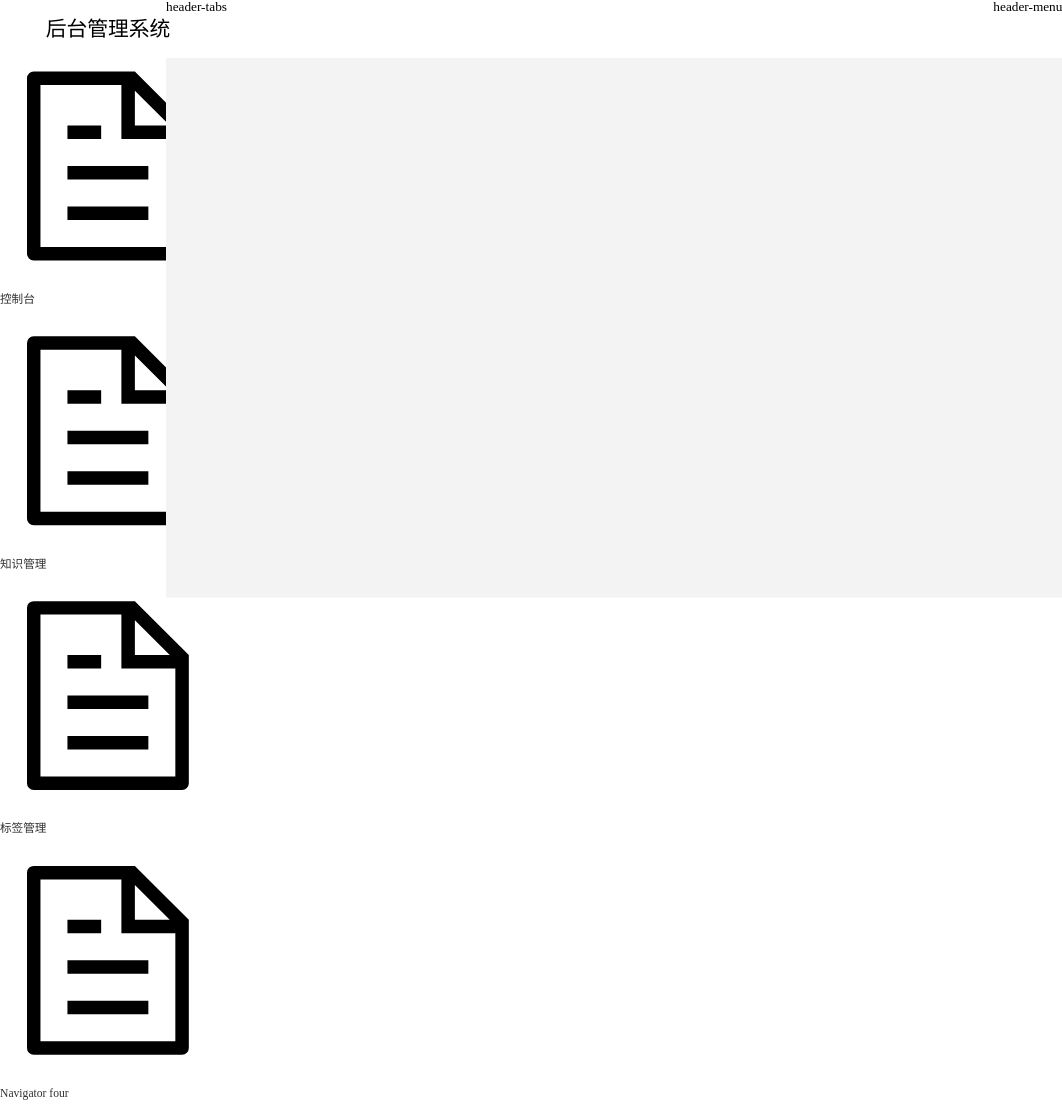
Repository: serrrN/admin
Page: /
The author's editor kept a copy of each file at every save. The page is drawn from the files as they stood at one save, then again after the next save.
The browser window is 1280 px wide. The pictures show the whole page, at 83% of full size.
The project was rebuilt for these pictures with package versions that can differ from the ones it lists, and the page was loaded fresh each time. Also part of the build but not shown: vite.config.ts, src/styles/index.scss.

Above is the page before, as saved 2024-06-02 15:42:19.

After the next save:
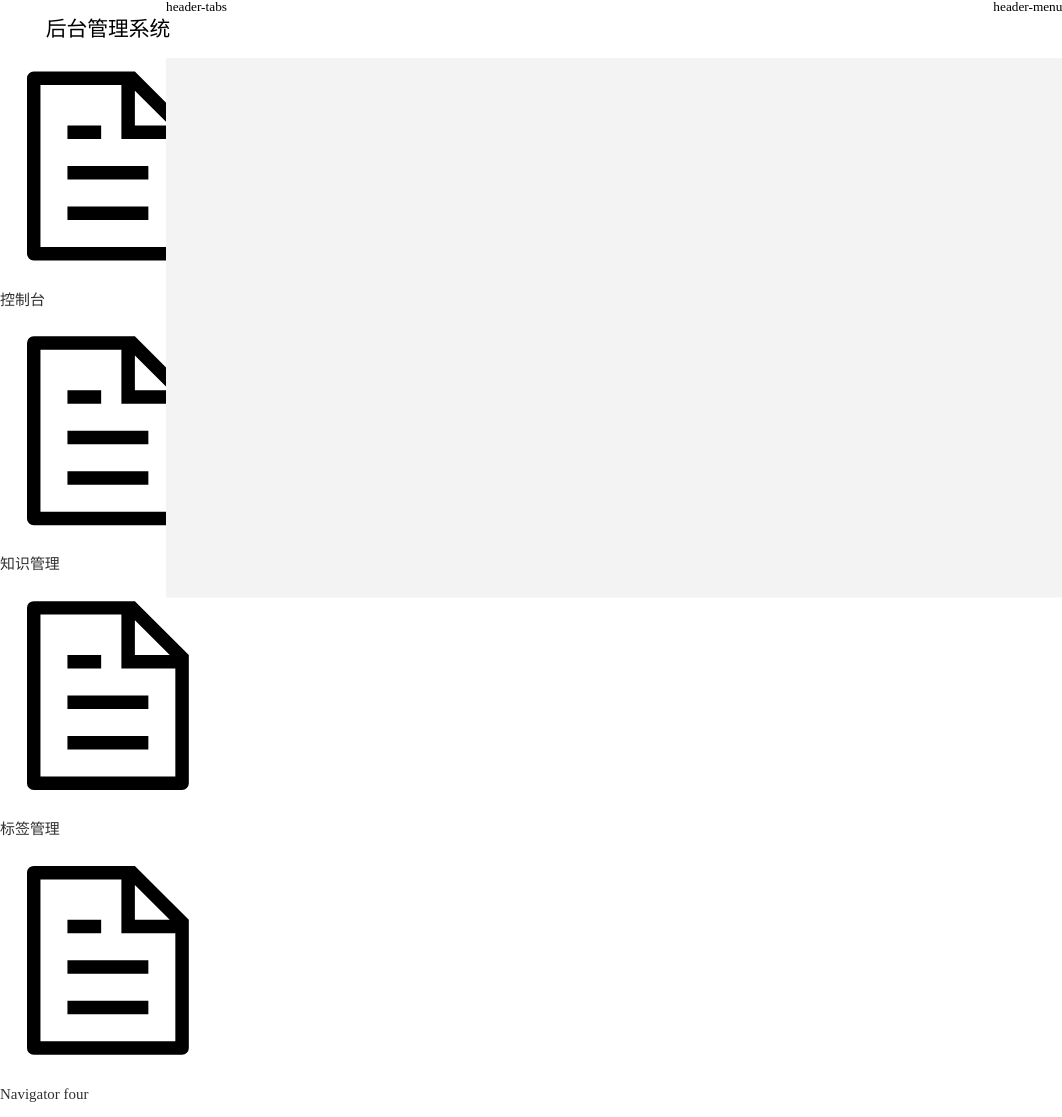
Saved 24 s later.
--- a/src/layout/menu/index.vue
+++ b/src/layout/menu/index.vue
@@ -50,7 +50,7 @@ const handleClose = (key: string, keyPath: string[]) => {
   }
   .el-menu-item span {
     color: rgb(48, 49, 51);
-    font-size: 14px;
+    font-size: 18px;
     font-weight: 400;
     line-height: 56px;
   }
